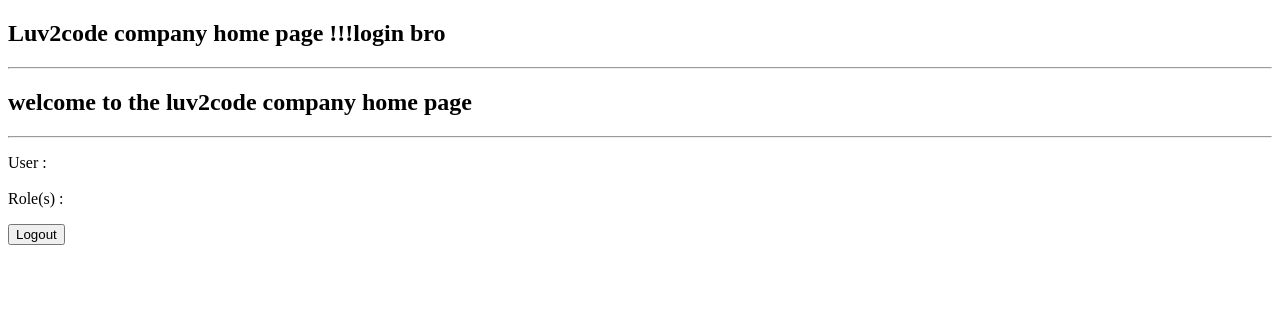
Repository: lalitkoli11121998/SpringProject
Page: http://localhost/spring-security-demo03-custom-login-form/WEB-INF/view/home.jsp
The author's editor kept a copy of each file at every save. The page is drawn from the files as they stood at one save, then again after the next save.
The browser window is 1280 px wide. The pictures show the whole page.
The page is served by Tomcat 9. Nobody is signed in. The template is opened directly, without the code that normally fills it, so the values that code supplies are empty.

Above is the page before, as saved 2021-05-20 21:05:27.

After the next save:
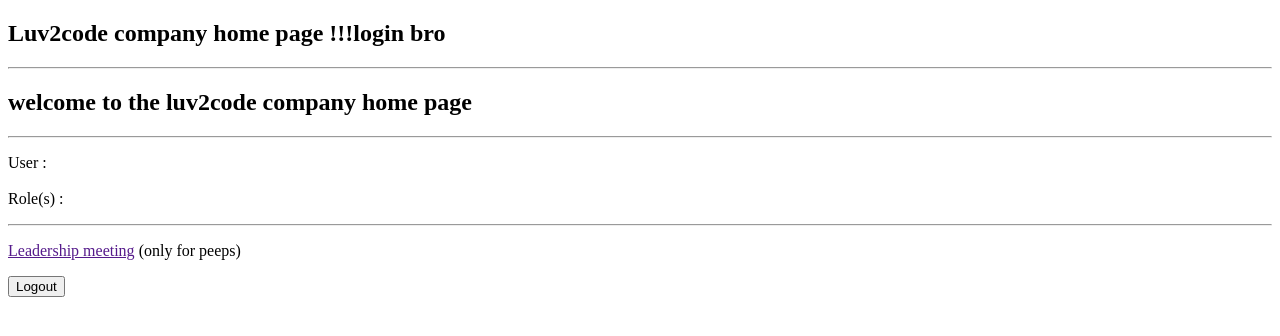
Saved 5 min 34 s later.
--- a/spring-security-demo03-custom-login-form/src/main/webapp/WEB-INF/view/home.jsp
+++ b/spring-security-demo03-custom-login-form/src/main/webapp/WEB-INF/view/home.jsp
@@ -18,6 +18,14 @@
          <br><br>
          Role(s) : <security:authentication property="principal.authorities"/>
     </p>
+
+    <hr>
+
+    <!-- add a link to point to /leaders.....this is for manager -->
+    <p>
+       <a href ="">Leadership meeting</a>
+       (only for peeps)
+    </p>
     <form:form action = "${pageContaxt.request.contextPath}/logout" method ="POST">
 
           <input type = "submit" value = "Logout">
